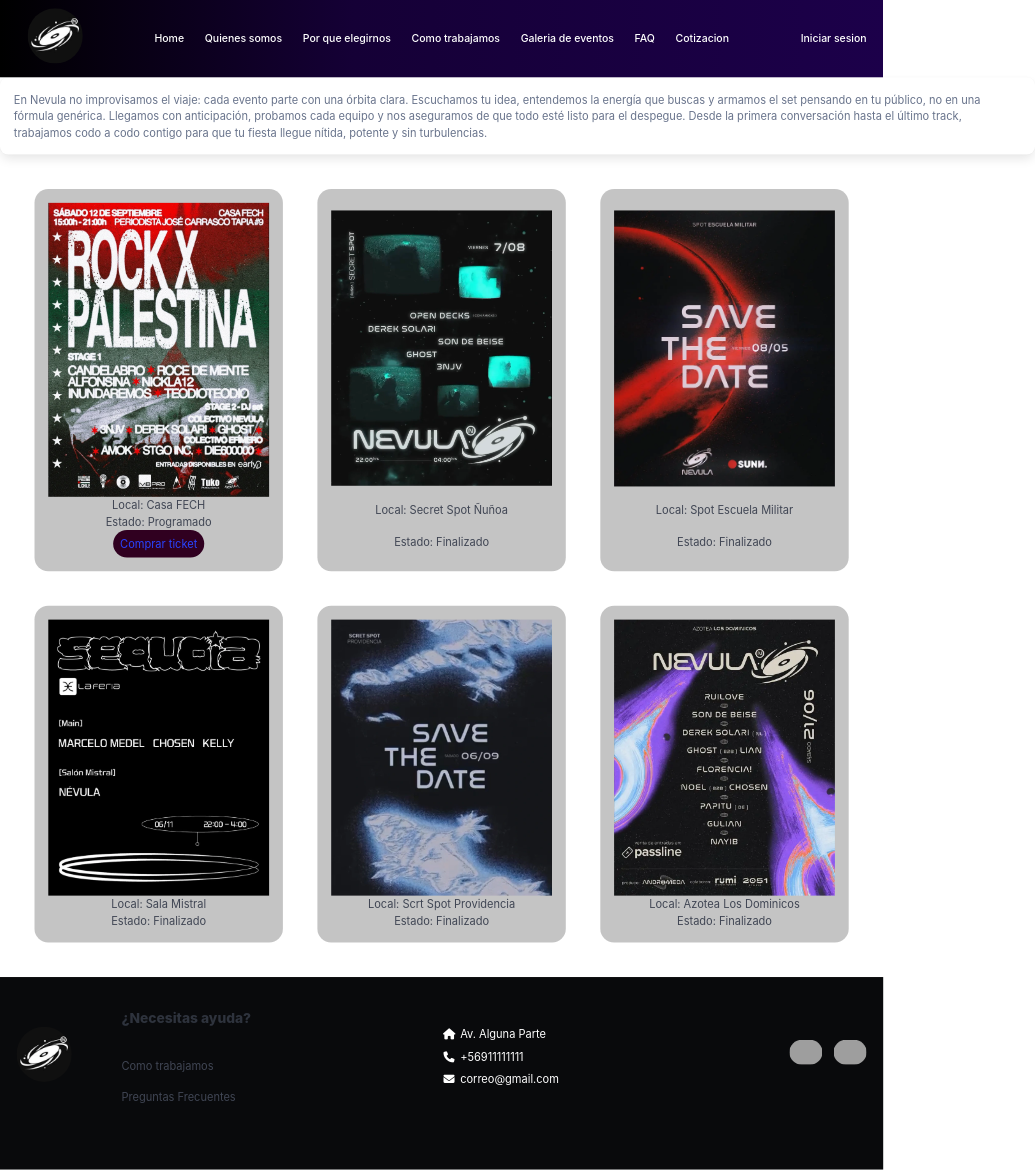
Repository: ChrisMalhue/PaginaNebula
Page: pages/eventos.html
The author's editor kept a copy of each file at every save. The page is drawn from the files as they stood at one save, then again after the next save.
The browser window is 1280 px wide. The page is 1500 px wide, then 1280 px, then 1500 px, so the pictures cover 1500 px, including what lies to the right of the window. The pictures show the whole page, at 69% of full size.
Pictures or frames that could not be fetched are drawn as grey boxes.

Above is the page before, as saved 2026-09-09 21:55:25.

### pages/eventos.html
<!DOCTYPE html>
<html lang="es">
<head>
    <meta charset="UTF-8">
    <meta name="viewport" content="width=device-width, initial-scale=1.0">
    <title>Eventos</title>
    <link rel="stylesheet" href="../styles/style.css">
    <link rel="stylesheet" href="https://cdn.jsdelivr.net/npm/bulma@1.0.4/css/bulma.min.css">
    <link rel="stylesheet" href="https://cdnjs.cloudflare.com/ajax/libs/font-awesome/6.5.1/css/all.min.css">
</head>
<body>
    <header id ="header"></header>

    <section id="trabajamos">

        <div class="trabajamos-item box mb-4">
                <p class="trabajamos-respuesta has-text-grey">
                    En Nevula no improvisamos el viaje: cada evento parte con una órbita clara. Escuchamos tu idea, entendemos la energía que buscas y armamos el set pensando en tu público, no en una fórmula genérica. Llegamos con anticipación, probamos cada equipo y nos aseguramos de que todo esté listo para el despegue. Desde la primera conversación hasta el último track, trabajamos codo a codo contigo para que tu fiesta llegue nítida, potente y sin turbulencias.
                </p>
        </div>
    </section>

    <section id="fotos">
        <div>
            <img src="/images/evento6.webp" alt="Evento 6">
            <p>Local: Casa FECH</p>
            <p>Estado: Programado</p>
            <a href="https://pro.byearly.com/"><button>Comprar ticket</button></a>
        </div>

        <div>
            <img src="/images/evento5.webp" alt="Evento 5">
            <p>Local: Secret Spot Ñuñoa</p>
            <p>Estado: Finalizado</p>
        </div>

        <div>
            <img src="/images/evento4.webp" alt="Evento 4">
            <p>Local: Spot Escuela Militar</p>
            <p>Estado: Finalizado</p>
        </div>

        <div>
            <img src="/images/evento3.webp" alt="Evento 3">
            <p>Local: Sala Mistral</p>
            <p>Estado: Finalizado</p>
        </div>

        <div>
            <img src="/images/evento2.webp" alt="Evento 2">
            <p>Local: Scrt Spot Providencia</p>
            <p>Estado: Finalizado</p>
        </div>

        <div>
            <img src="/images/evento1.webp" alt="Evento 1">
            <p>Local: Azotea Los Dominicos</p>
            <p>Estado: Finalizado</p>
        </div>
    </section>

        <section class="agregar box mt-4" id="agregar-evento">
        <div class="contenedor-agregar">

            <div class="campos-inputs">
                <div class="field">
                    <label class="label">Local del evento</label>
                    <div class="control">
                        <input class="input" type="text" id="local_evento" placeholder="Escribe aquí">
                    </div>
                </div>

                <div class="field">
                    <label class="label">Estado</label>
                    <div class="control">
                        <div class="select">
                            <select id="estado_evento">
                                <option value="Programado">Programado</option>
                                <option value="Finalizado">Finalizado</option>
                            </select>
                        </div>
                    </div>
                </div>

                <div class="field">
                    <label class="label">Imagen del evento</label>
                    <div class="control">
                        <input class="input" type="text" id="imagen_evento" placeholder="Pega el link aquí">
                    </div>
                </div>

                <div class="field">
                    <label class="label">Link para comprar entradas</label>
                    <div class="control">
                        <input class="input" type="text" id="link_evento" placeholder="Solo si está Programado">
                    </div>
                </div>
            </div>

            <div class="boton-contenedor">
                <button type="button" class="button is-primary" onclick="agregarEvento()">Agregar Evento</button>
            </div>

        </div>
    </section>
    <footer id="footer-container"></footer>
</body>
<script src="../scripts/script.js"></script>
</html>

### styles/style.css
@import "https://cdn.jsdelivr.net/npm/bulma@1.0.4/css/bulma.min.css";

.custom-navbar {
  /* Lienas encargadas del degradado */
  background: linear-gradient(to right, #000000 0%, #150036 40%, #1c004a 100%) !important;
  width: 100%;
  padding-right: 1.5rem;;
}

header{
  position: sticky;
  top: 0;
  z-index: 100; /* Esto es para que el header siempre quede al frente y no se bugee la pag al scrollear hacia abajo */
}

/* Forzar que las columnas de nebula ocupen todo el ancho */
.custom-navbar .container.columns {
  display: flex !important;
  width: 100%;
  max-width: 100% !important;   /* Esta linea salvo la pagina, estaba mal el header y con esto se centro bien*/
}

/* Seccion del logo a continuacion */

.logo-seccion {
  flex-shrink: 0; /* El shrink hace que el logo no se achique */
  margin-left: 40px;
}

.logo-texto {
  color: #ffffff !important;
  font-size: 1.3rem;
  font-weight: bold;
  display: flex;
  align-items: center;
  gap: 10px;
}

.andlogo{
  width: 80px;
  border-radius: 500px;
}

.menu-seccion {
  display: flex !important;
  justify-content: center !important;
  align-items: center !important;
  flex-grow: 1; /* Esto hace que ocupe todo el espacio entre los links */
  gap: 30px;    /* esto es para el espacio horizontal */
}

.nav-link {
  color: #ffffff !important;
  text-decoration: none;
  font-size: 0.95rem;
  font-weight: 500;
  padding: 5px 0;
  transition: color 0.3s ease;
  white-space: nowrap; /* esto evita que lo largo se separe en 2 lineas */
}

/* Body comienza aqui abajo*/

/* Contenedor, video y texto*/

/* Contenedor: centrado vertical en vez de flex-start, se ve más equilibrado */
.contenedor{
  display: flex;
  align-items: center;
  min-height: 800px;
  gap: 40px;
  padding-top: 60px;
  padding-bottom: 60px;
  background: linear-gradient(to bottom, #000000 0%, #1c004a 35%, #1b0036 70%, #690046 100%) !important;
}

/* Vídeo */
.video-box{
  background-size: cover;
  background-position: center;
  width: 50%;
  height: 700px;
  margin-left: 40px;
  border-radius: 90px;
}

/* Texto alineado a la izquierda, con ancho máximo para que no se disperse */
.texto-box{
  display: flex;
  align-items: flex-start;
  flex-direction: column;
  gap: 24px;
  max-width: 550px;
  padding-right: 40px;
}

/* Título Nevula */
.texto-box h1{
  color: #ffffff;
  font-weight: 700;
  font-size: clamp(2.5rem, 5vw, 4rem);
  letter-spacing: 4px;
  text-transform: uppercase;
  margin: 0;
}

/* Primer párrafo */
.texto-box p {
  color: rgba(255, 255, 255, 0.75);
  font-size: 1.05rem;
  line-height: 1.7;
  margin: 0;
}

/* Segundo párrafo */
.texto-box p:last-of-type {
  color: #ffffff;
  font-weight: 600;
  font-size: 1.15rem;
}

/* Elegirnos */
#elegirnos h2{
  text-align: center;
  margin-top: 20px;
  color: #020202;
  font-weight: 700;
  font-size: clamp(2.5rem, 5vw, 4rem);
  letter-spacing: 4px;
  text-transform: uppercase;
}

#elegirnos-grid{
  display: grid;
  flex-wrap: wrap;
  grid-template-columns: 1fr 1fr 1fr;
  column-gap: 50px;
  row-gap: 50px;
  margin: 50px;
}

#elegirnos-grid img{
  width: 130px;
}

#elegirnos-grid div{
  display: flex;
  flex-direction: column;
  justify-content: space-around;
  align-items: center;
  background-color: #3636364b;
  border-radius: 20px;
  padding: 20px;
}

/* Historial de Eventos */
#fotos{
  display: grid;
  flex-wrap: wrap;
  grid-template-columns: 1fr 1fr 1fr;
  column-gap: 50px;
  row-gap: 50px;
  margin: 50px;
}

#fotos div{
  display: flex;
  flex-direction: column;
  justify-content: space-around;
  align-items: center;
  background-color: #3636364b;
  border-radius: 20px;
  padding: 20px;
}

#fotos div:hover{
  color: white;
  background-color: #240049ab;
  transition: 0.3s;
}

#fotos div button{
  background-color: #300020;
  padding: 10px;
  border-radius: 20px;
}

#fotos div button:hover{
  background-color: #5c003d;
  transition: 0.3s;
}

.trabajamos-item{
  width: 1500px;
}

.trabajamos-respuesta{
  display: flex;
  align-items: center;
  justify-content: center;
}

/* CSS de footer */
.footer{
  padding: 40px 20px;
}

.andlogo{
  max-width: 120px;
  height: auto;
}

.gap-2{
  gap: 8px;
}

.gap-3{
  gap: 16px;
}

/* Media queries */
@media screen and (max-width: 768px) {
.footer .columns {
  flex-direction: column;
  align-items: center;
  text-align: center;
}



.footer .column {
  margin-left: 0 !important;
  margin-bottom: 1.5rem;
  width: 100%;
}



.footer .is-flex {
  justify-content: center !important;
}

}

### scripts/script.js
// Header

function inyectarHeader(){

    document.getElementById("header").innerHTML = `
    <nav class="custom-navbar py-3">
        <div class="container columns is-vcentered is-mobile m-0">

            <!-- Sección 1: Logotipo (Izquierda) -->
            <section class="column is-narrow p-0 logo-seccion">
                <h1 class="logo-texto">
                  <a href="/index.html">
                    <img class="andlogo" src="/images/logo.webp">
                  </a>
                </h1>
            </section>

            <!-- Sección 2: Enlaces (Centro) -->
            <section class="column is-flex is-justify-content-center p-0 menu-seccion">
                <a class="nav-link is-active" href="../index.html">Home</a>
                <a class="nav-link" href="../index.html#quienes">Quienes somos</a>
                <a class="nav-link" href="../index.html#elegirnos">Por que elegirnos</a>
                <a class="nav-link" href="../pages/eventos.html#trabajamos">Como trabajamos</a>
                <a class="nav-link" href="../pages/eventos.html#fotos">Galeria de eventos</a>
                <a class="nav-link" href="../pages/faqcotiza.html#faq">FAQ</a>
                <a class="nav-link" href="../pages/faqcotiza.html#cotizacion">Cotizacion</a>
            </section>

            <section class="sin_cuenta">
              <a class="nav-link" href="../pages/inicio_secion.html">Iniciar sesion</a>
            </section>

            <section class="con_cuenta">
              <button onclick="cerrarSesion()">Cerrar sesion</button>
            </section>


        </div>
    </nav>`;

    // Aqui vemos si hay alguna sesion creada para despues mosrtar el boton que toque
    const estaLogueado = localStorage.getItem("logueado") === "true";
    const sinCuenta = document.querySelector(".sin_cuenta");
    const conCuenta = document.querySelector(".con_cuenta");

    if (estaLogueado) {
        sinCuenta.style.display = "none";
        conCuenta.style.display = "flex";
    } else {
        sinCuenta.style.display = "flex";
        conCuenta.style.display = "none";
    }

}

// Funciones medias

function recibirDatos(event) {
    event.preventDefault(); // Evita que la página se recargue y se pierda la información

    // Muestra el cuadro nativo con tu mensaje personalizado
    alert("Recibimos tu solicitud, te contactaremos en breve.");

    // Deja todos los campos del formulario completamente vacíos
    event.target.reset();
}

function recibirDatosLogin(event) {
    event.preventDefault();

    const usuarioValido = "admin";
    const contrasenaValida = "1234";

    const form = event.target;
    const usuarioIngresado = document.getElementById("usuario").value;
    const contrasenaIngresada = document.getElementById("contrasena").value;

    if (usuarioIngresado === usuarioValido && contrasenaIngresada === contrasenaValida) {
        localStorage.setItem("logueado", "true");
        window.location.href = "../index.html";
    } else {
        alert("Usuario o contraseña incorrecto");
    }
}

function cerrarSesion() {
    localStorage.removeItem("logueado");
    window.location.href = "../index.html";
}

// Footer

function inyectaFooter(){

  const footerHTML = `
    <footer class="footer has-background-black has-text-white">
    <div class="columns is-vcentered is-justify-content-space-between">
      <div class="column is-narrow">
        <a href="/index.html">
          <img class="andlogo" src="/images/logo.webp">
        </a>
      </div>
      <div class="column is-narrow ml-6">
        <p class="title is-5">¿Necesitas ayuda?</p>
        <br>
        <p class="subtitle is-6"><a class="has-text-current" href="/pages/eventos.html">Como trabajamos</a></p>
        <p class="subtitle is-6"><a class="has-text-current" href="/pages/faqcotiza.html">Preguntas Frecuentes</a></p>
      </div>

      <div class="column is-flex is-justify-content-flex-end">
        <div class="is-flex is-flex-direction-column gap-2">
          <span class="icon-text">
            <span class="icon"><i class="fa-solid fa-house"></i></span>
            <span>Av. Alguna Parte</span>
          </span>
          <span class="icon-text">
            <span class="icon"><i class="fa-solid fa-phone"></i></span>
            <span>+56911111111</span>
          </span>
          <span class="icon-text">
            <span class="icon"><i class="fa-solid fa-envelope"></i></span>
            <span>correo@gmail.com</span>
          </span>
        </div>
      </div>
      <div class="column is-flex is-justify-content-flex-end">
        <div class="is-flex is-flex-direction-row is-align-items-center gap-3">
          <a href="https://www.instagram.com/nevula.scl/" target="_blank">
            <figure class="image is-48x48">
              <img class="is-rounded" src="https://encrypted-tbn0.gstatic.com/images?q=tbn:ANd9GcR8HUwsS-_LkMQoYL66F7AUH5X4HwhDjzCNMg-_jlvPxQ&s=10" />
            </figure>
          </a>
          <a href="https://www.youtube.com/channel/UCa-jOKgfq2FLccvHXteRdpQ" target="_blank">
            <figure class="image is-48x48">
              <img class="is-rounded" src="https://www.icosix.com/uploads/icons/2025/09/youtube.png" />
            </figure>
          </a>
        </div>
      </div>
    </div>
  </footer>`;

  const container = document.getElementById('footer-container');
  if (container) {
    container.innerHTML = footerHTML;
  }
}

// Funcion de eventos

function agregarEvento() {

    const local = document.getElementById("local_evento").value;
    const estado = document.getElementById("estado_evento").value;
    const imagen = document.getElementById("imagen_evento").value;
    const link = document.getElementById("link_evento").value;

    // Validacion de campos vacios
    if (!local || !imagen) {
        alert("Por favor completa el local y la imagen del evento.");
        return;
    }

    if (estado === "Programado" && !link) {
        alert("Los eventos Programados necesitan un link para comprar entradas.");
        return;
    }

    const contenedorFotos = document.getElementById("fotos");

    // Parecido al trabajo de cartas, se crea el contenedor
    const nuevoEvento = document.createElement("div");

    // el boton de comrpa se muestra solo si el estado agregado es programado
    const botonHTML = estado === "Programado"
        ? `<a href="${link}" target="_blank"><button>Comprar ticket</button></a>`
        : "";

    nuevoEvento.innerHTML = `
        <img src="${imagen}" alt="${local}">
        <p>Local: ${local}</p>
        <p>Estado: ${estado}</p>
        ${botonHTML}
    `;

    contenedorFotos.prepend(nuevoEvento);

    // Limpiamos el formulario
    document.getElementById("local_evento").value = "";
    document.getElementById("imagen_evento").value = "";
    document.getElementById("link_evento").value = "";
}

function controlarVistaAdmin() {
    const estaLogueado = localStorage.getItem("logueado") === "true";
    const seccionAgregar = document.getElementById("agregar-evento");

    if (seccionAgregar) {
        seccionAgregar.style.display = estaLogueado ? "block" : "none";
    }
}

inyectaFooter();
inyectarHeader();
controlarVistaAdmin();

After the next save:
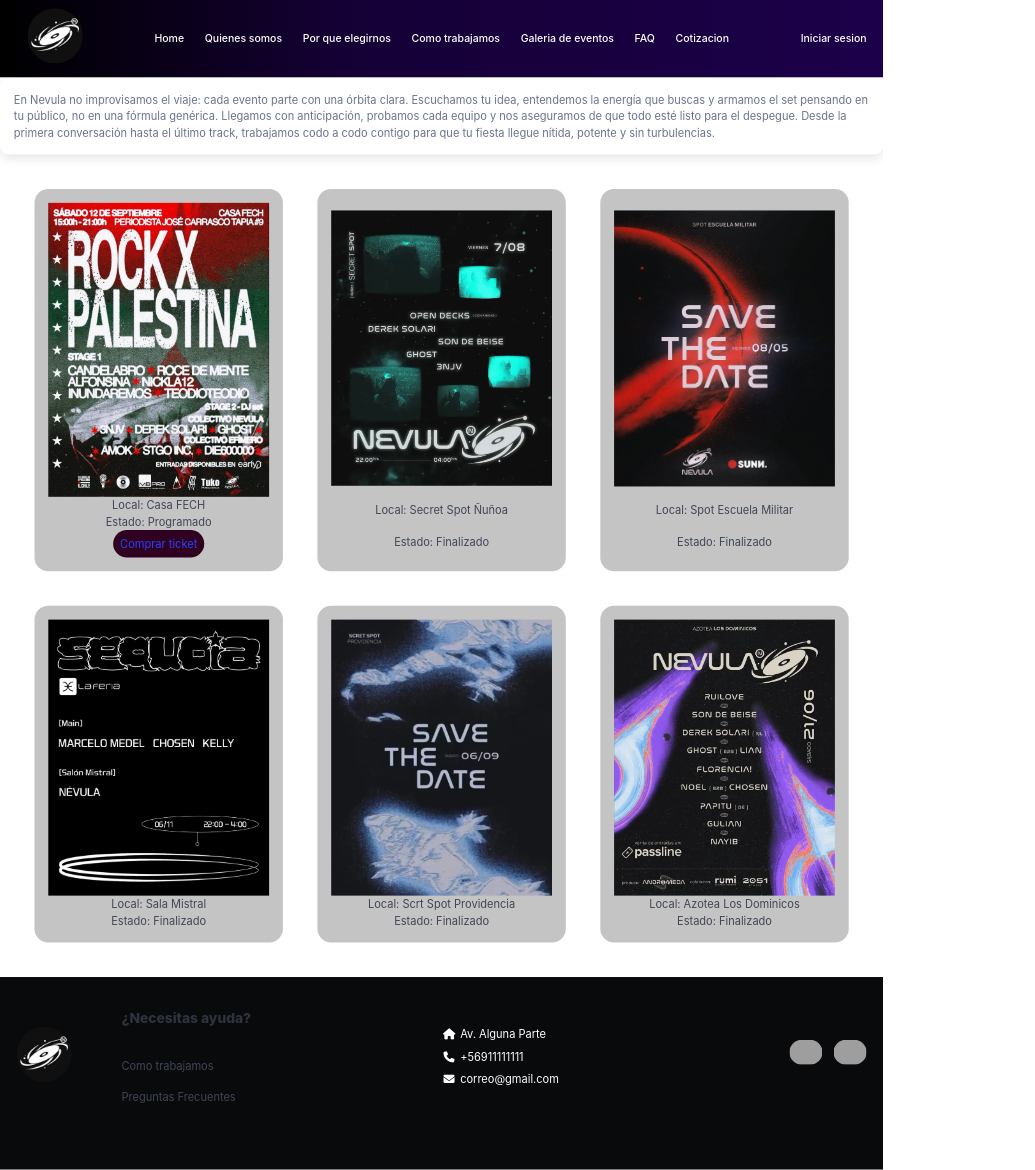
Saved 2 min 57 s later.
--- a/pages/eventos.html
+++ b/pages/eventos.html
@@ -13,7 +13,7 @@
 
     <section id="trabajamos">
 
-        <div class="trabajamos-item box mb-4">
+        <div class="faq-item box mb-4">
                 <p class="trabajamos-respuesta has-text-grey">
                     En Nevula no improvisamos el viaje: cada evento parte con una órbita clara. Escuchamos tu idea, entendemos la energía que buscas y armamos el set pensando en tu público, no en una fórmula genérica. Llegamos con anticipación, probamos cada equipo y nos aseguramos de que todo esté listo para el despegue. Desde la primera conversación hasta el último track, trabajamos codo a codo contigo para que tu fiesta llegue nítida, potente y sin turbulencias.
                 </p>

After the save that followed:
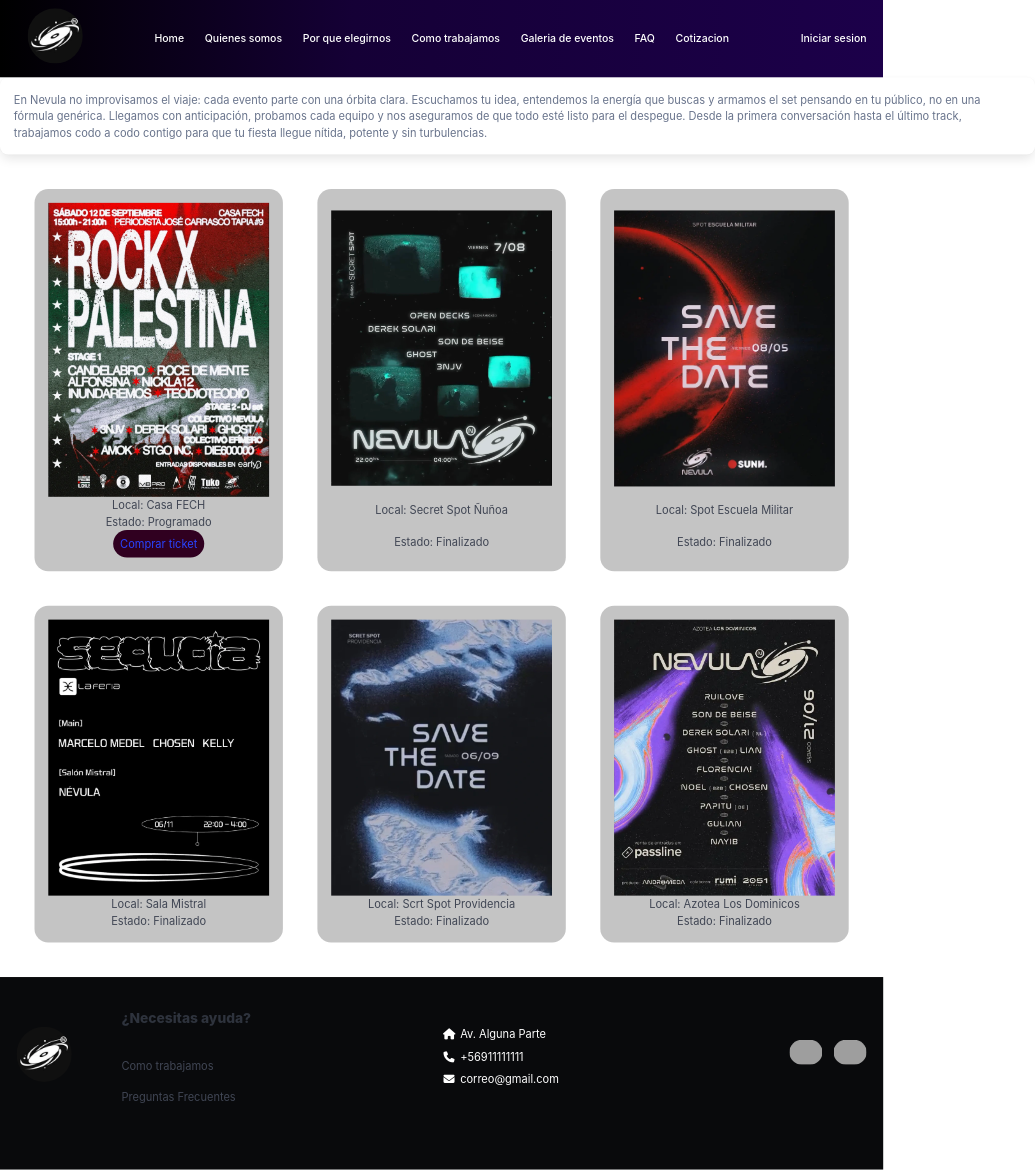
Saved 30 s later.
--- a/pages/eventos.html
+++ b/pages/eventos.html
@@ -13,7 +13,7 @@
 
     <section id="trabajamos">
 
-        <div class="faq-item box mb-4">
+        <div class="trabajamos-item box mb-4">
                 <p class="trabajamos-respuesta has-text-grey">
                     En Nevula no improvisamos el viaje: cada evento parte con una órbita clara. Escuchamos tu idea, entendemos la energía que buscas y armamos el set pensando en tu público, no en una fórmula genérica. Llegamos con anticipación, probamos cada equipo y nos aseguramos de que todo esté listo para el despegue. Desde la primera conversación hasta el último track, trabajamos codo a codo contigo para que tu fiesta llegue nítida, potente y sin turbulencias.
                 </p>
